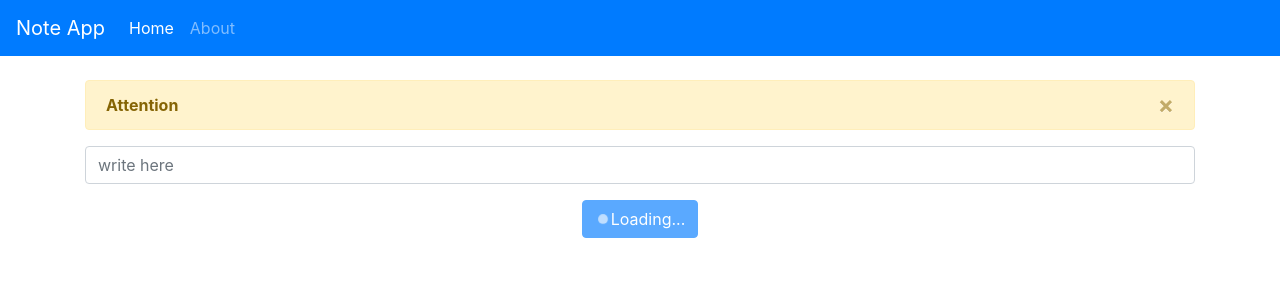
Repository: AlexLarie/reactToDoList
Page: /
These files come from the project's save history. The page is drawn as it stood at one moment and after the next save; the edit follows.
The browser window is 1280 px wide. The pictures show the whole page.
The page's requests for data from a server got no answer. The project was rebuilt for these pictures with package versions that can differ from the ones it lists, and the page was loaded fresh each time. No one was signed in, and anything a server would have sent is missing. Also part of the build but not shown: src/pages/About.js.

Above is the page before, as saved 2021-04-04 15:38:13.

### src/index.js
import React from 'react';
import ReactDOM from 'react-dom';
import './index.scss';
import App from './App';


ReactDOM.render(
  <React.StrictMode>
    <App />
  </React.StrictMode>,
  document.getElementById('root')
);

### src/index.scss
@import "~bootstrap/scss/bootstrap";

body {
  margin: 0;
  font-family: -apple-system, BlinkMacSystemFont, 'Segoe UI', 'Roboto', 'Oxygen',
    'Ubuntu', 'Cantarell', 'Fira Sans', 'Droid Sans', 'Helvetica Neue',
    sans-serif;
  -webkit-font-smoothing: antialiased;
  -moz-osx-font-smoothing: grayscale;
}

code {
  font-family: source-code-pro, Menlo, Monaco, Consolas, 'Courier New',
    monospace;
}

.note{
  display: flex;
  justify-content: space-between;
  align-items: center;
  &__inner{
    display: flex;
    flex-direction: column;
  }
}

### src/App.js
import React from 'react';
import {BrowserRouter , Route , Switch} from 'react-router-dom';
import { Alert } from './components/Alert';
import { Navbar } from './components/Navbar';
import { AlertState } from './context/alert/AlertState';
import { FirebaseState } from './context/firebase/FirebaseState';
import { About } from './pages/About';
import { Home } from './pages/Home';

function App() {
  return (
    <FirebaseState>
      <AlertState>
        <BrowserRouter>
          <Navbar />
          <div className="container pt-4">
            <Alert />
            <Switch>
              <Route path="/" exact component={Home} />
              <Route path="/about" exact component={About} />
            </Switch>
          </div>
        </BrowserRouter>
      </AlertState>
    </FirebaseState>
  );
}

export default App;

### src/components/Alert.js
import React, {useContext} from 'react';
import { AlertContext } from '../context/alert/alertContext';
import {CSSTransition} from 'react-transition-group'

export const Alert = () => {

   const {alert, hide}  = useContext(AlertContext)

   return (
      <CSSTransition
         in={alert.visible}
         timeout={750}
         classNames={'alert'}
      >
         <div className={`alert alert-${alert.type || 'warning'} alert-dismissible`}>
            <strong>Attention</strong> &nbsp;{alert.text}
            <button onClick = {hide} type="button" className="close" aria-label="Close">
               <span aria-hidden='true'>&times;</span>
            </button>
         </div>
      </CSSTransition>
   )
}

### src/components/Navbar.js
import React from 'react';
import {NavLink} from 'react-router-dom';

export const Navbar = () => (
   <nav className = "navbar navbar-dark navbar-expand-lg bg-primary">
      <div className = "navbar-brand">
         Note App
      </div>
      <ul className="navbar-nav me-auto mb-2 mb-lg-0">
         <li className="nav-item">
            <NavLink  className="nav-link" exact to="/">Home</NavLink>
         </li>
         <li className="nav-item">
            <NavLink className="nav-link" to="/about">About</NavLink>
         </li>
      </ul>
   </nav>
)

### src/context/alert/AlertState.js
import React, {useReducer} from 'react'
import { HIDE_ALERT, SHOW_ALERT } from '../types'
import { AlertContext } from './alertContext'
import { alertReducer } from './alertReducer'

export const AlertState = ({children}) => {

   const [state , dispatch] = useReducer(alertReducer , {visible: false})

   const show = (text , type = 'warning' ) => {
      dispatch ({
         type : SHOW_ALERT,
         payload : {text, type}
      })
   }

   const hide = () => {
      dispatch ({
         type : HIDE_ALERT,
      })
   }

   return (
      <AlertContext.Provider value = {{
         show , hide , alert : state
      }}>
         {children}
      </AlertContext.Provider>
   )
}

### src/context/firebase/FirebaseState.js
import React , {useReducer} from 'react'
import axios from 'axios'
import { FirebaseContext } from './firebaseContext'
import { firebaseReducer } from './firebaseReducer'
import { ADD_NOTE, FETCH_NOTES, REMOVE_NOTE, SHOW_LOADER } from '../types'

const url = 'https://react-todo-dcbd2-default-rtdb.firebaseio.com'

export const FirebaseState = ({children}) => {

   const initialState = {
      notes : [],
      loading : false
   }

   const [state, dispatch] = useReducer(firebaseReducer, initialState)

   const showLoader = () => dispatch({type: SHOW_LOADER})

   const fetchNotes = async () => {
      showLoader()
      const res = await axios.get(`${url}/notes.json`)
      const payload = Object.keys(res.data).map(key => {
         return {
            ...res.data[key],
            id: key
         }
      })
      dispatch ({type: FETCH_NOTES, payload})
   }

   const addNote = async title => {
      const note = {
         title,
         date: new Date().toJSON()
      }

      try {
         const res = await axios.post(`${url}/notes.json`, note)
         const payload = {
            ...note,
            id: res.data.name
         }
         dispatch({
            type: ADD_NOTE,
            payload
         })
      } catch (e) {
         throw new Error(e.message)
      }
   }

   const removeNote = async id => {
      await axios.delete(`${url}/notes/${id}.json`)

      dispatch({
         type: REMOVE_NOTE,
         payload: id
      })
   }

   return (
      <FirebaseContext.Provider value = {{
         showLoader, addNote, removeNote, fetchNotes, loading: state.loading, notes: state.notes
      }}>
         {children}
      </FirebaseContext.Provider>
   )
}

### src/pages/Home.js
import React , {Fragment , useContext, useEffect} from 'react'
import { Form } from '../components/Form'
import { Loader } from '../components/Loader'
import { Nodes } from '../components/Nodes'
import { FirebaseContext } from '../context/firebase/firebaseContext'

export const Home = () => {
   const {loading, notes, fetchNotes, removeNote} = useContext(FirebaseContext)

   useEffect(()=>{
      fetchNotes()
      // eslint-disable-next-line
   }, [])

   return(
   <Fragment>
      <Form/>

      {loading? <Loader/> : <Nodes notes = {notes} onRemove = {removeNote}/>}

   </Fragment>
   )
}

### src/context/types.js
export const SHOW_ALERT = 'SHOW_ALERT'
export const HIDE_ALERT = 'HIDE_ALERT'


export const SHOW_LOADER = 'SHOW_LOADER'
export const ADD_NOTE = 'ADD_NOTE'
export const FETCH_NOTES = 'FETCH_NOTES'
export const REMOVE_NOTE = 'REMOVE_NOTE'

### src/context/alert/alertReducer.js
import { HIDE_ALERT, SHOW_ALERT } from "../types"

const handlers = {
   [SHOW_ALERT] : (state,{payload}) => ({...payload, visible:true}),
   [HIDE_ALERT] : state => ({...state, visible:false}),
   DEFAULT: state => state
}

export const alertReducer = (state,action) => {
   const handle = handlers[action.type] || handlers.DEFAULT
   return handle(state,action)
}

### src/context/firebase/firebaseReducer.js
import { ADD_NOTE, FETCH_NOTES, REMOVE_NOTE, SHOW_LOADER } from "../types"

const handlers = {
   [SHOW_LOADER] : state => ({...state, loading: true}),
   [ADD_NOTE] : (state, {payload}) => ({
      ...state, notes: [...state.notes, payload]
   }),
   [FETCH_NOTES] : (state, {payload}) => ({...state, notes: payload, loading : false}),
   [REMOVE_NOTE] : (state, {payload}) => ({
      ...state,
      notes: state.notes.filter(note => note.id !== payload)
   }),
   DEFAULT: state => state
}

export const firebaseReducer = (state, action) => {
   const handle = handlers[action.type] || handlers.DEFAULT

   return handle(state,action)
}

### src/components/Form.js
import React , {useState , useContext} from 'react'
import { AlertContext } from '../context/alert/alertContext'
import { FirebaseContext } from '../context/firebase/firebaseContext'

export const Form = () => {

   const [value , setValue] = useState('')
   const alert = useContext(AlertContext)
   const firebase = useContext(FirebaseContext)

   const submitHandler = event => {
      event.preventDefault()
      if (value.trim()) {
         // ...
         firebase.addNote(value.trim()).then(()=>{
            alert.show('Note was added' , 'success')
         }).catch(()=>{
            alert.show('Something was wrong' , 'danger')
         })
         setValue('')
      } else {
         alert.show('Incorrect value' )
         setValue('')
      }

   }
   return (
      <form onSubmit={submitHandler}>
         <div className = "form-group">
            <input type = "text" className = "form-control" placeholder = "write here" value = {value}
            onChange = {e => setValue(e.target.value)}/>
         </div>
      </form>
   )
}

### src/components/Loader.js
import React from 'react'

export const Loader = () => (
   <div className="text-center">
      <button className="btn btn-primary" type="button" disabled>
         <span className="spinner-grow spinner-grow-sm" role="status" aria-hidden="true"></span>
            Loading...
      </button>
   </div>
)

### src/components/Nodes.js
import React from "react"

export const Nodes = ({notes, onRemove}) => (
   <ul className = "list-group">
      {notes.map(note => (
         <li className = "list-group-item note" key = {note.id}>
            <div className = "note__inner">
               <span>{note.date}</span>
               <strong>{note.title}</strong>
            </div>

            <button type="button" className="btn btn-outline-danger btn-sm"
            onClick = {()=>onRemove(note.id)}>&times;</button>
         </li>
      ))}
   </ul>
)

Loaded but not shown: public/index.html (common file); src/context/alert/alertContext.js (common file); src/context/firebase/firebaseContext.js (common file)

After the next save:
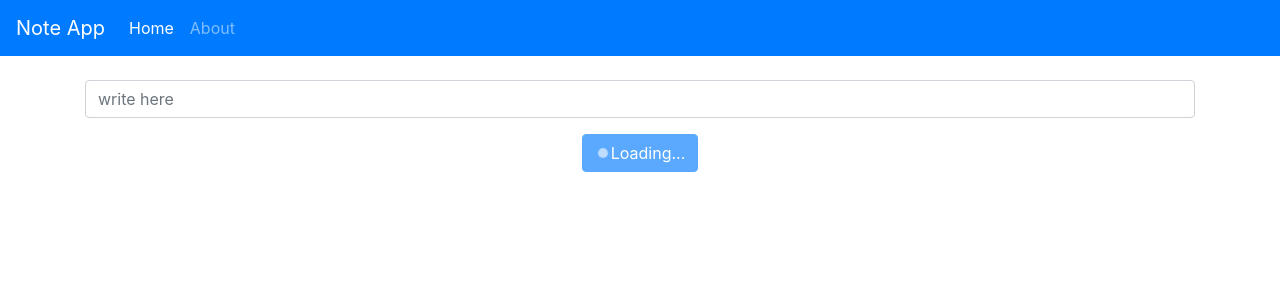
Saved 81 s later.
--- a/src/components/Alert.js
+++ b/src/components/Alert.js
@@ -11,6 +11,7 @@ export const Alert = () => {
          in={alert.visible}
          timeout={750}
          classNames={'alert'}
+         mountOnEnter
       >
          <div className={`alert alert-${alert.type || 'warning'} alert-dismissible`}>
             <strong>Attention</strong> &nbsp;{alert.text}
